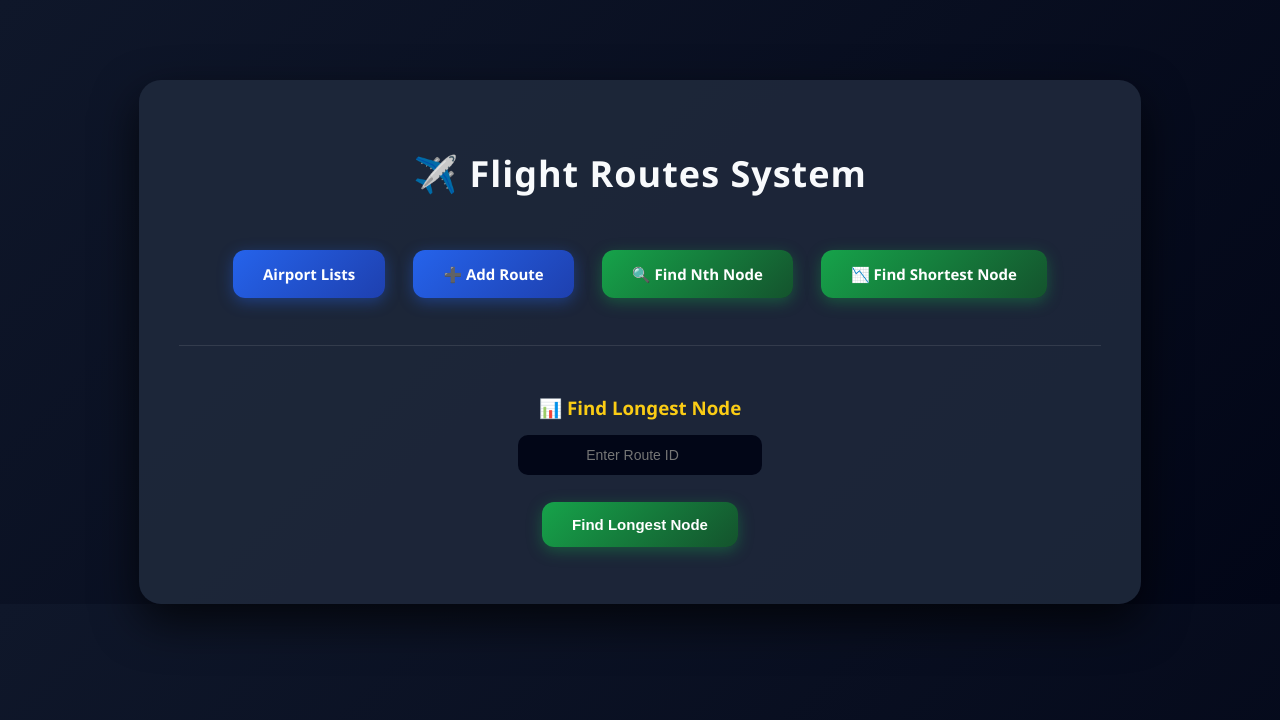
Repository: SNEHASURESH003/flight_system
Page: http://localhost/
These files come from the project's save history. The page is drawn as it stood at one moment and after the next save; the edit follows.
The browser window is 1280 px wide. The pictures show the whole page.
The page is served by the project's application, run on Django 5.2 (manage.py). Other server files are loaded and not shown.

Above is the page before, as saved 2026-01-20 00:29:29.

### airport/airport_route/templates/dashboard.html
<!DOCTYPE html>
<html lang="en">
<head>
    <title>Flight Routes Dashboard</title>
    <style>
        body {
            font-family: 'Segoe UI', Tahoma, Geneva, Verdana, sans-serif;
            background: linear-gradient(135deg, #0f172a, #020617);
            color: #e5e7eb;
            text-align: center;
            margin: 0;
            padding: 0;
        }

        .container {
            margin-top: 80px;
        }

        h1 {
            margin-bottom: 40px;
            font-size: 36px;
            color: #f8fafc;
            letter-spacing: 1px;
        }

        .btn {
            display: inline-block;
            margin: 12px;
            padding: 14px 30px;
            text-decoration: none;
            background: linear-gradient(135deg, #2563eb, #1e40af);
            color: white;
            border-radius: 12px;
            font-size: 15px;
            font-weight: 600;
            box-shadow: 0 4px 15px rgba(37, 99, 235, 0.4);
            transition: all 0.3s ease;
            border: none;
            cursor: pointer;
        }

        .btn:hover {
            transform: translateY(-3px);
            box-shadow: 0 8px 25px rgba(37, 99, 235, 0.6);
            background: linear-gradient(135deg, #1d4ed8, #1e3a8a);
        }

        .btn.secondary {
            background: linear-gradient(135deg, #16a34a, #14532d);
            box-shadow: 0 4px 15px rgba(22, 163, 74, 0.4);
        }

        .btn.secondary:hover {
            background: linear-gradient(135deg, #15803d, #052e16);
            box-shadow: 0 8px 25px rgba(22, 163, 74, 0.6);
        }

        .card {
            background: rgba(30, 41, 59, 0.9);
            width: 72%;
            margin: auto;
            padding: 45px 40px;
            border-radius: 22px;
            box-shadow: 0 18px 45px rgba(0,0,0,0.7);
        }

        .longest-form {
            margin-top: 35px;
            padding-top: 30px;
            border-top: 1px solid rgba(255,255,255,0.1);
        }

        .longest-form h3 {
            margin-bottom: 15px;
            color: #facc15;
            font-weight: 600;
        }

        .input-group {
            margin-bottom: 15px;
        }

        .route-input {
            padding: 12px;
            border-radius: 10px;
            border: none;
            width: 220px;
            background-color: #020617;
            color: #f8fafc;
            outline: none;
            font-size: 14px;
            text-align: center;
        }

        .route-input:focus {
            border: 1px solid #facc15;
            box-shadow: 0 0 8px rgba(250, 204, 21, 0.7);
        }

    </style>
</head>
<body>

<div class="container">
    <div class="card">
        <h1>✈️ Flight Routes System</h1>

        <a href="{% url 'list_airports' %}" class="btn">Airport Lists</a>
        <a href="{% url 'add_route' %}" class="btn">➕ Add Route</a>
        <a href="{% url 'find_nth' %}" class="btn secondary">🔍 Find Nth Node</a>
        <a href="{% url 'shortest_between' %}" class="btn secondary">📉 Find Shortest Node</a>

        <div class="longest-form">
            <h3>📊 Find Longest Node</h3>

            <form action="{% url 'longest_node' 0 %}" method="get"
                  onsubmit="this.action=this.action.replace('/0/', '/' + document.getElementById('route_id').value + '/');">

                <div class="input-group">
                    <input type="number" id="route_id" class="route-input" placeholder="Enter Route ID" required>
                </div>

                <button class="btn secondary" type="submit">Find Longest Node</button>
            </form>
        </div>

    </div>
</div>

</body>
</html>

### airport/airport_route/views.py
from django.shortcuts import render
from .forms import RouteForm, AirportForm
from .models import Airport, Route
from .utils import nth_left_or_right_node, longest_node_on_duration, shortest_node_between_routes
from django.http import HttpResponse
from django.core.exceptions import ValidationError



from django.shortcuts import render, redirect
from django.contrib import messages  # for flash messages
from .forms import AirportForm, RouteForm

def add_airport(request):
    if request.method == 'POST':
        form = AirportForm(request.POST)
        if form.is_valid():
            form.save()
            messages.success(request, "Airport added successfully!")  # show message in template
             # redirect to dashboard
    else:
        form = AirportForm()
    return render(request, 'add_airport.html', {'form': form})
# List Airports (Dashboard/List Page)
def list_airports(request):
    airports = Airport.objects.all()
    return render(request, 'list_airports.html', {'airports': airports})

# Edit Airport
def edit_airport(request, airport_id):
    airport = get_object_or_404(Airport, id=airport_id)
    if request.method == 'POST':
        form = AirportForm(request.POST, instance=airport)
        if form.is_valid():
            form.save()
            messages.success(request, "Airport updated successfully!")
            return redirect('list_airports')
    else:
        form = AirportForm(instance=airport)
    return render(request, 'edit_airport.html', {'form': form, 'airport': airport})

# Delete Airport
def delete_airport(request, airport_id):
    airport = get_object_or_404(Airport, id=airport_id)
    if request.method == 'POST':
        airport.delete()
        messages.success(request, "Airport deleted successfully!")
        return redirect('list_airports')
    return render(request, 'delete_airport.html', {'airport': airport})

def add_route(request):
    if request.method == 'POST':
        form = RouteForm(request.POST)
        if form.is_valid():
            form.save()
            messages.success(request, "Route added successfully!")

    else:
        form = RouteForm()
    return render(request, 'route_form.html', {'form': form})


from django.shortcuts import render, get_object_or_404

from django.shortcuts import render, get_object_or_404

def find_nth_node(request):
    result = None
    error = None

    if request.method == 'POST':
        try:
            route_id = request.POST.get('route_id')
            n = int(request.POST.get('n'))
            direction = request.POST.get('direction')

            route = get_object_or_404(Route, id=route_id)

            if n <= 0:
                error = "N must be greater than zero."
            else:
                result = nth_left_or_right_node(route, n, direction)

                if result is None:
                    error = f"No {n}th node exists in the {direction} direction from this route."

        except ValueError:
            error = "Invalid input. Please enter valid numbers."
        except Exception as e:
            error = str(e)

    return render(request, 'find_nth_node.html', {
        'result': result,
        'error': error
    })




from django.shortcuts import render
from django.core.exceptions import ObjectDoesNotExist

def find_longest_node(request, route_id):
    try:
        route = Route.objects.get(id=route_id)
    except Route.DoesNotExist:
        return render(request, 'error.html', {
            'message': 'Route not found. Please enter a valid Route ID.'
        })

    longest_left = longest_node_on_duration(route, 'left')
    longest_right = longest_node_on_duration(route, 'right')

    return render(request, 'longest_node.html', {
        'route': route,
        'longest_left': longest_left,
        'longest_right': longest_right,
    })


from django.shortcuts import render, get_object_or_404

def find_shortest_between(request):
    result = None
    error = None

    if request.method == 'POST':
        route1_id = request.POST.get('route1_id')
        route2_id = request.POST.get('route2_id')

        try:
            route1 = get_object_or_404(Route, id=route1_id)
            route2 = get_object_or_404(Route, id=route2_id)

            result = shortest_node_between_routes(route1, route2)

        except Exception as e:
            error = str(e)

    return render(request, 'shortest_between.html', {
        'result': result,
        'error': error
    })




def dashboard(request):
    return render(request, 'dashboard.html')

### airport/airport/urls.py
"""
URL configuration for airport project.

The `urlpatterns` list routes URLs to views. For more information please see:
    https://docs.djangoproject.com/en/5.2/topics/http/urls/
Examples:
Function views
    1. Add an import:  from my_app import views
    2. Add a URL to urlpatterns:  path('', views.home, name='home')
Class-based views
    1. Add an import:  from other_app.views import Home
    2. Add a URL to urlpatterns:  path('', Home.as_view(), name='home')
Including another URLconf
    1. Import the include() function: from django.urls import include, path
    2. Add a URL to urlpatterns:  path('blog/', include('blog.urls'))
"""
from django.contrib import admin
from django.urls import path
from django.urls import include

urlpatterns = [
    path('admin/', admin.site.urls),
    path('', include('airport_route.urls')),
]

### airport/airport_route/urls.py
from .models import Route
from django.urls import path
from .views import add_airport, add_route, dashboard, find_nth_node, find_longest_node, find_shortest_between
from airport_route import views
urlpatterns = [
   path('airports/add/', add_airport, name='add_airport'),
    path('routes/add/', add_route, name='add_route'),
    path('airports/', views.list_airports, name='list_airports'),
    path('airports/edit/<int:airport_id>/', views.edit_airport, name='edit_airport'),
    path('airports/delete/<int:airport_id>/', views.delete_airport, name='delete_airport'),

    path('routes/find-nth/', find_nth_node, name='find_nth'),
     path('routes/longest-node/<int:route_id>/', find_longest_node, name='longest_node'),
    path('routes/shortest/', find_shortest_between, name='shortest_between'),
     path('', dashboard, name='dashboard'),
]

After the next save:
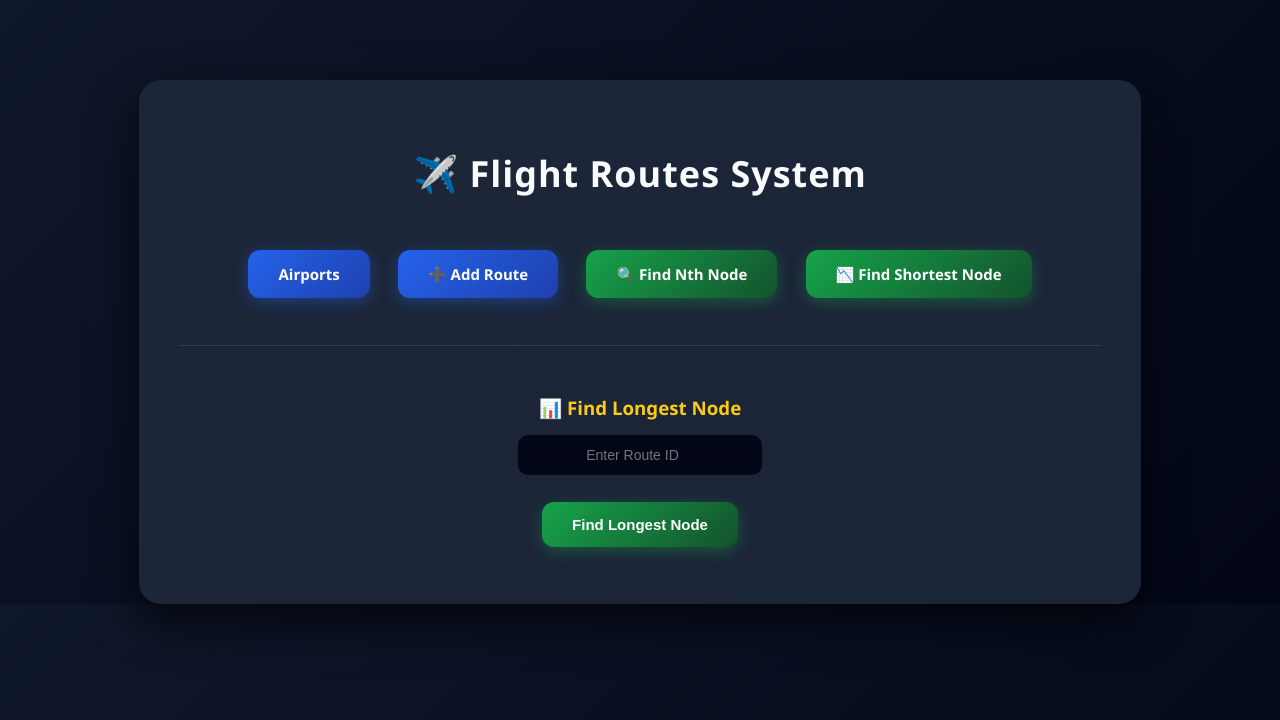
Saved 34 s later.
--- a/airport/airport_route/templates/dashboard.html
+++ b/airport/airport_route/templates/dashboard.html
@@ -105,7 +105,7 @@
     <div class="card">
         <h1>✈️ Flight Routes System</h1>
 
-        <a href="{% url 'list_airports' %}" class="btn">Airport Lists</a>
+        <a href="{% url 'list_airports' %}" class="btn">Airports</a>
         <a href="{% url 'add_route' %}" class="btn">➕ Add Route</a>
         <a href="{% url 'find_nth' %}" class="btn secondary">🔍 Find Nth Node</a>
         <a href="{% url 'shortest_between' %}" class="btn secondary">📉 Find Shortest Node</a>
